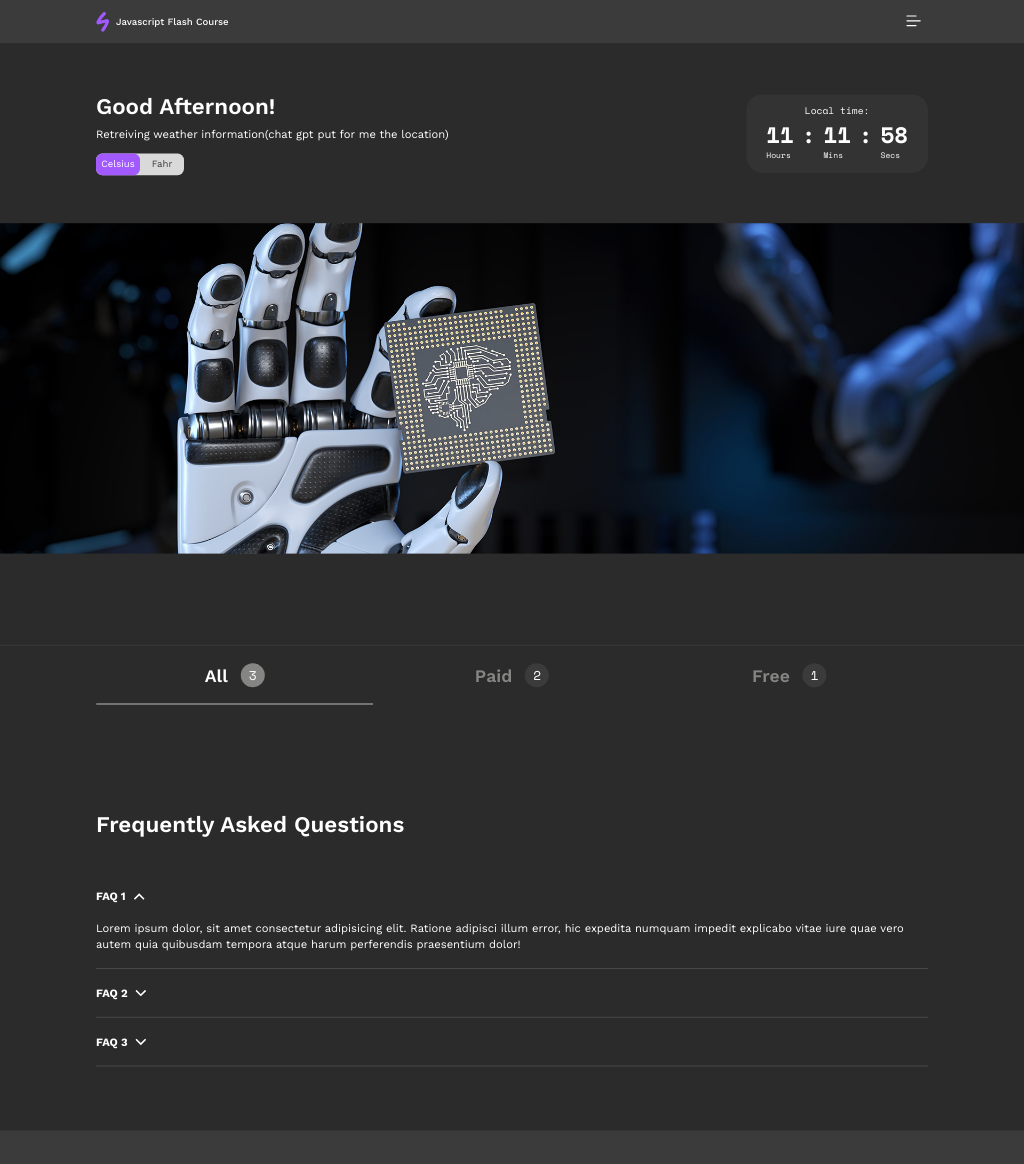
Repository: GettieSirma/JAVASCRIPT-TEST
Page: index.html
These files come from the project's save history. The page is drawn as it stood at one moment and after a run of saves; the edit follows.
The browser window is 1280 px wide. The pictures show the whole page, at 80% of full size.

Above is the page before, as saved 2024-04-24 12:12:21.

After the next 2 saves:
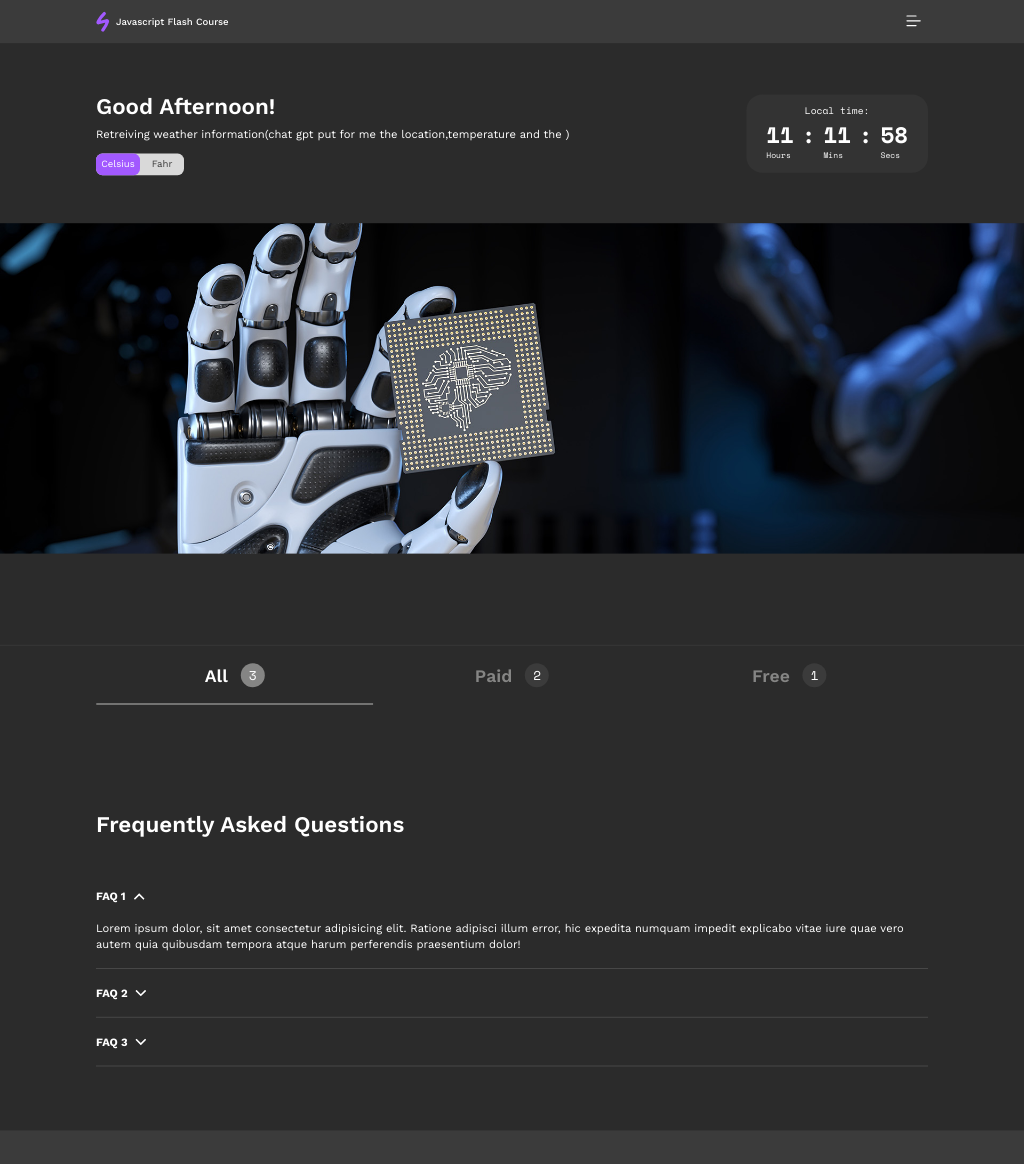
The 2 saves are shown as one change because they came seconds apart.
The last was saved 7 s later.
--- a/index.html
+++ b/index.html
@@ -114,7 +114,7 @@
         <section id="home" class="container greeting-section">
             <div class="left-side">
                 <h1 id="greeting">Good Afternoon!</h1>
-                <p id="weather">Retreiving weather information(chat gpt put for me the location)</p>
+                <p id="weather">Retreiving weather information(chat gpt put for me the location,temperature and the )</p>
                 <div class="weather-group">
                     <input type="radio" checked="true" id="celsius" name="temperature" />
                     <label for="celsius">Celsius</label>
